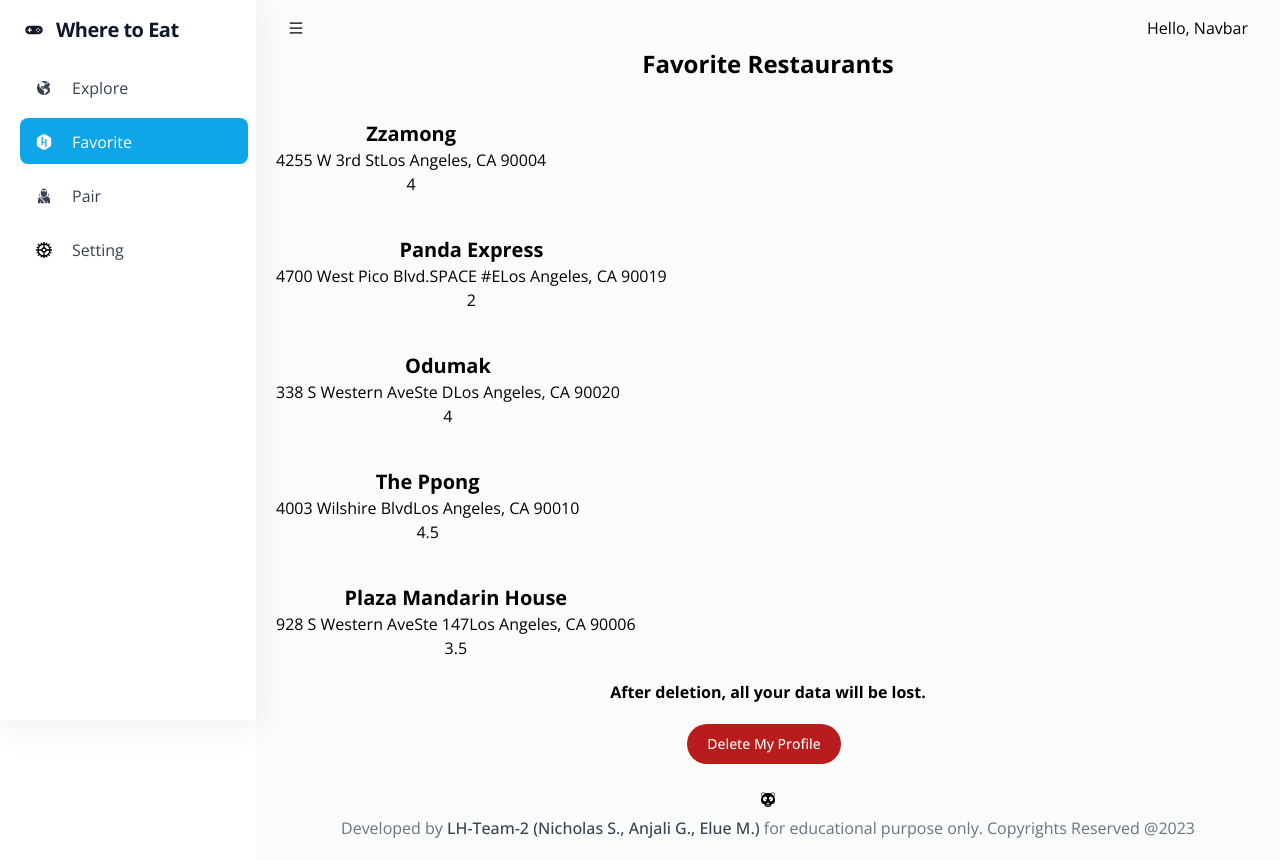
Repository: n-shen/where-to-eat
Page: /favorite (app in client/)
An editor plug-in stored every save of this project. The page is shown before and after the next save, followed by the edit.
The browser window is 1280 px wide. The pictures show the whole page.
The page's requests for data from a server got no answer. The project was rebuilt for these pictures with package versions that can differ from the ones it lists, and the page was loaded fresh each time. No one was signed in, and anything a server would have sent is missing. Also part of the build but not shown: client/src/data/cities.js, client/src/components/SearchForm.jsx, client/src/components/SearchResult.jsx, client/src/components/room.jsx, client/src/components/Room/Chat.jsx, client/src/components/Room/Selection.jsx, client/src/components/Room/Intro.jsx, client/src/components/Room/Game.jsx and 5 more.

Above is the page before, as saved 2023-05-05 19:53:53.

After the next save:
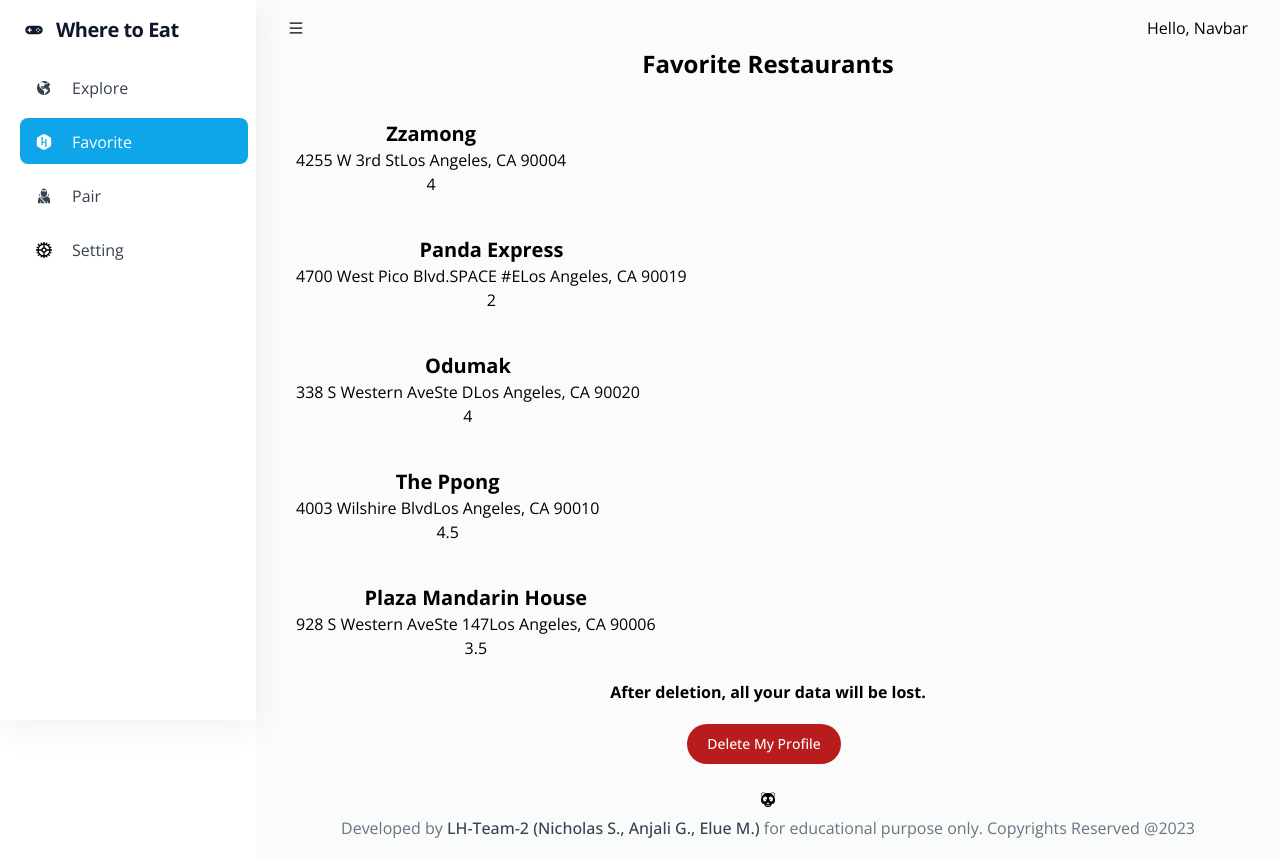
Saved 14 s later.
--- a/client/src/pages/Favorite.jsx
+++ b/client/src/pages/Favorite.jsx
@@ -78,7 +78,7 @@
 export const FavoriteList = () => {
   return (
     // <div className="flex flex-col items-center justify-center">
-      <ul className="flex flex-col items-start justify-center">
+      <ul className="flex flex-col items-start justify-center ml-5">
         {restaurants.map((restaurant, index) => (
           <li
             key={index}
